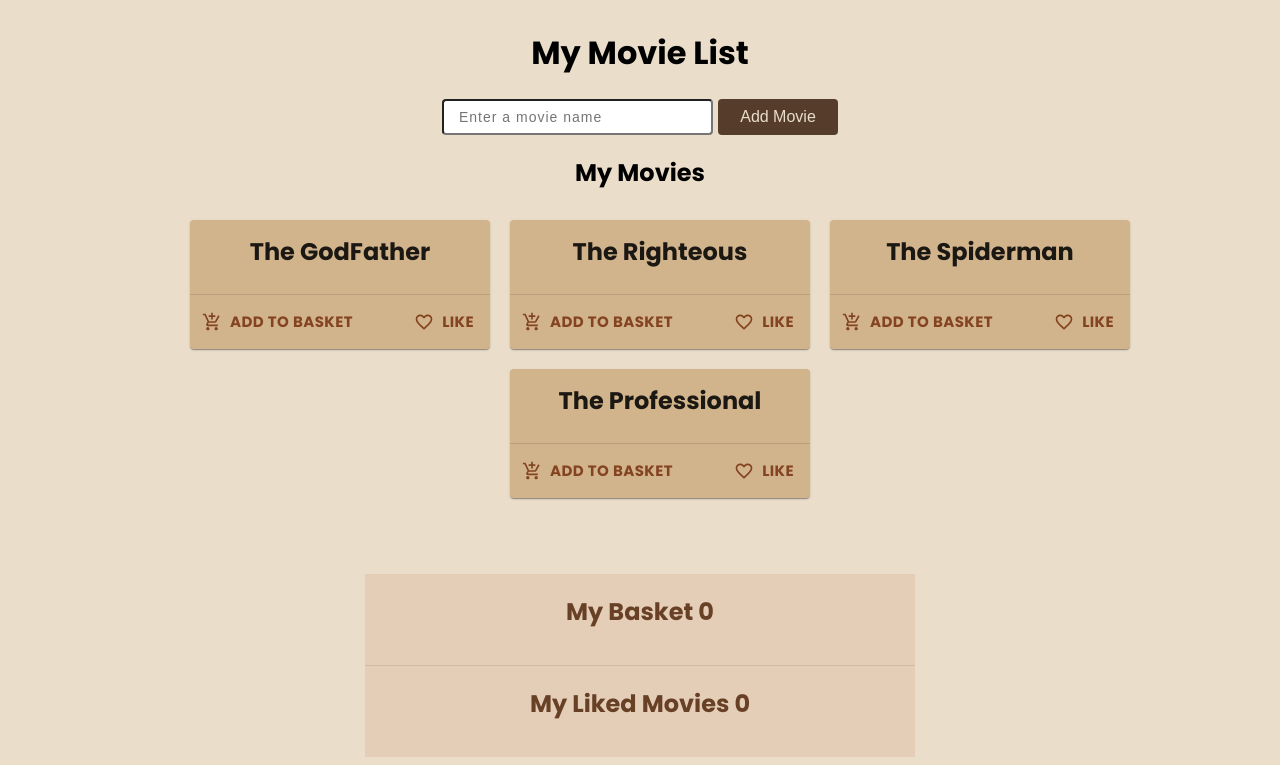
Repository: sinchana-p-iVoyant/redux-movie-store
Page: /
An editor plug-in stored every save of this project. The page is shown before and after the next save, followed by the edit.
The browser window is 1280 px wide. The pictures show the whole page.
The project was rebuilt for these pictures with package versions that can differ from the ones it lists, and the page was loaded fresh each time. Also part of the build but not shown: vite.config.ts.

Above is the page before, as saved 2024-02-15 13:27:28.

After the next save:
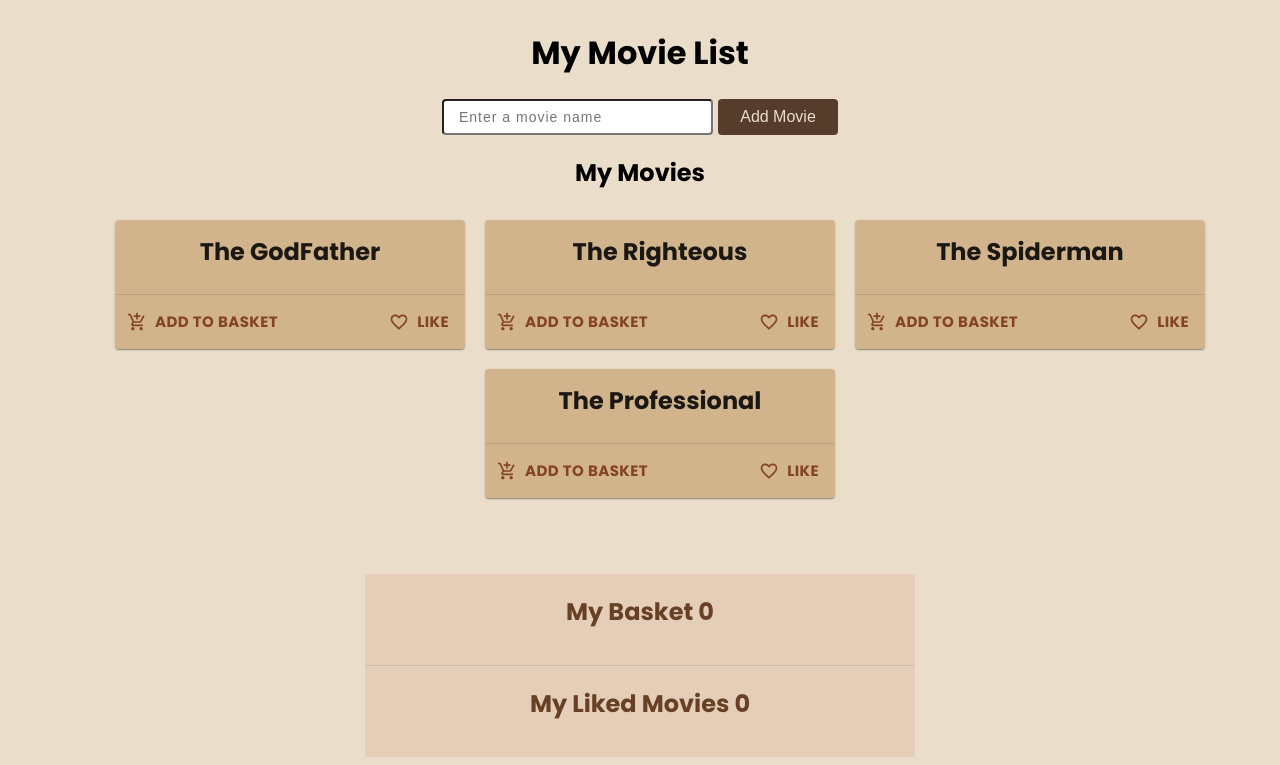
Saved 17 s later.
--- a/src/App.css
+++ b/src/App.css
@@ -23,7 +23,7 @@ h1, h2{
 }
 
 .movie-card {
-  width: 300px;
+  width: 350px;
   margin: 10px;
 }
 
